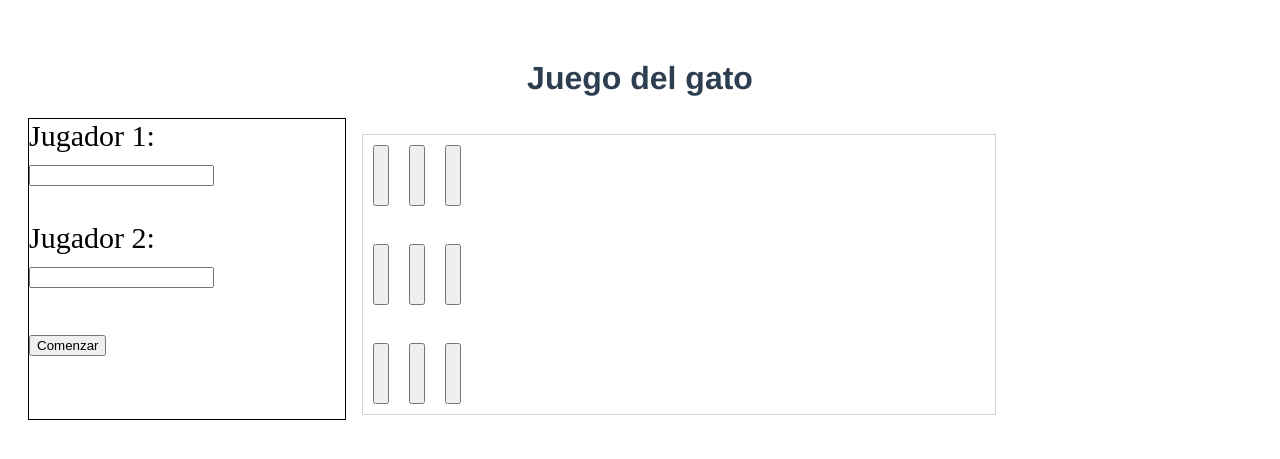
Repository: franciscamanquecheo/Taller-2
Page: / (app in vite-project/)
These files come from the project's save history. The page is drawn as it stood at one moment and after the next save; the edit follows.
The browser window is 1280 px wide. The pictures show the whole page.
The project was rebuilt for these pictures with package versions that can differ from the ones it lists, and the page was loaded fresh each time. Also part of the build but not shown: vite-project/vite.config.ts.

Above is the page before, as saved 2022-06-17 17:44:23.

### vite-project/src/App.vue
<script setup lang="ts">
// This starter template is using Vue 3 <script setup> SFCs
// Check out https://vuejs.org/api/sfc-script-setup.html#script-setup
import HelloWorld from './components/HelloWorld.vue'
</script>

<template>
 <h1>Juego del gato</h1>
<section>
 <article id="comandos">
  Jugador 1:

  <input type="text" id="jugador1"><br><br>
  Jugador 2:
  <input type="text" id="jugador 2"><br><br>
  <input type="button" id="comenzar" value="Comenzar">
  <label id="TurnoJugador"></label>
 </article>
  <article id="Tablero">
    <input type="button" id="casilla1">
    <input type="button" id="casilla2">
    <input type="button" id="casilla3"><br><br>

    <input type="button" id="casilla4">
    <input type="button" id="casilla5">
    <input type="button" id="casilla6"><br><br>

    <input type="button" id="casilla7">
    <input type="button" id="casilla8">
    <input type="button" id="casilla9">



  </article>











</section>
</template>

<style>
h1 {
  font-family: Avenir, Helvetica, Arial, sans-serif;
  -webkit-font-smoothing: antialiased;
  -moz-osx-font-smoothing: grayscale;
  text-align: center;
  color: #2c3e50;
  margin-top: 60px;
}
article#comandos{

  display: inline-block;
  text-align: left;
  border: 1px solid black;
  margin-left: 20px;
font-size: 30px;
vertical-align: top;
min-height: 300px;
width: 25%;
}
article#Tablero{
  border: 1px solid lightgray;
  display: inline-block;
  margin: 1em;
  width: 50%;
}
article#Tablero input{
  font-size: 3em;
  height: 80 px;
  margin: 10px;

}



section{
  display: inline-block;
  margin: 0 auto;

  width: 100%;
}
template{
  background-color: #2c3e50;
}
</style>

Loaded but not shown: vite-project/index.html (common file); vite-project/src/main.ts (common file)

After the next save:
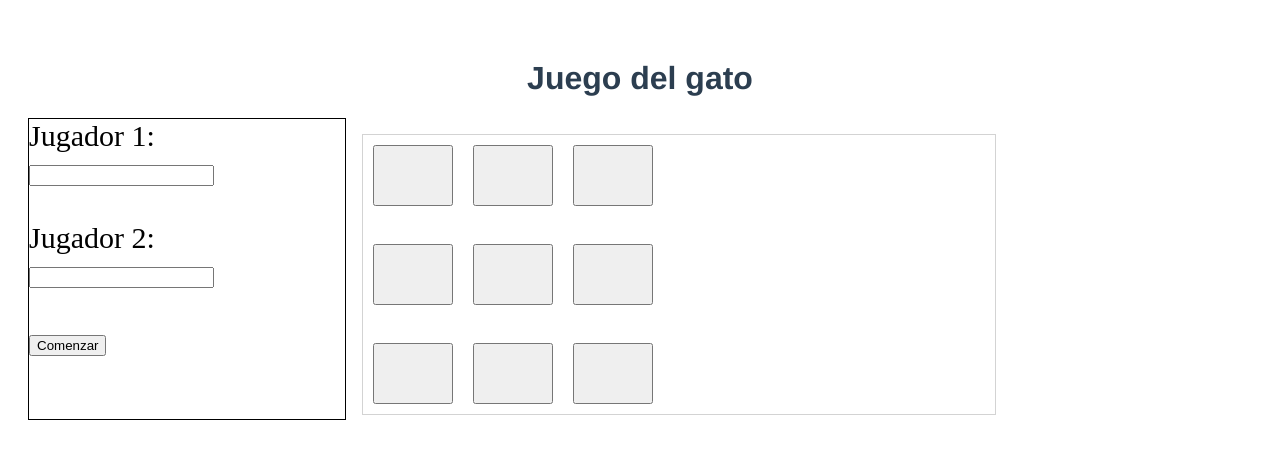
Saved 33 s later.
--- a/vite-project/src/App.vue
+++ b/vite-project/src/App.vue
@@ -75,7 +75,9 @@ article#Tablero{
 article#Tablero input{
   font-size: 3em;
   height: 80 px;
+  width: 80px;
   margin: 10px;
+
 
 }
 
